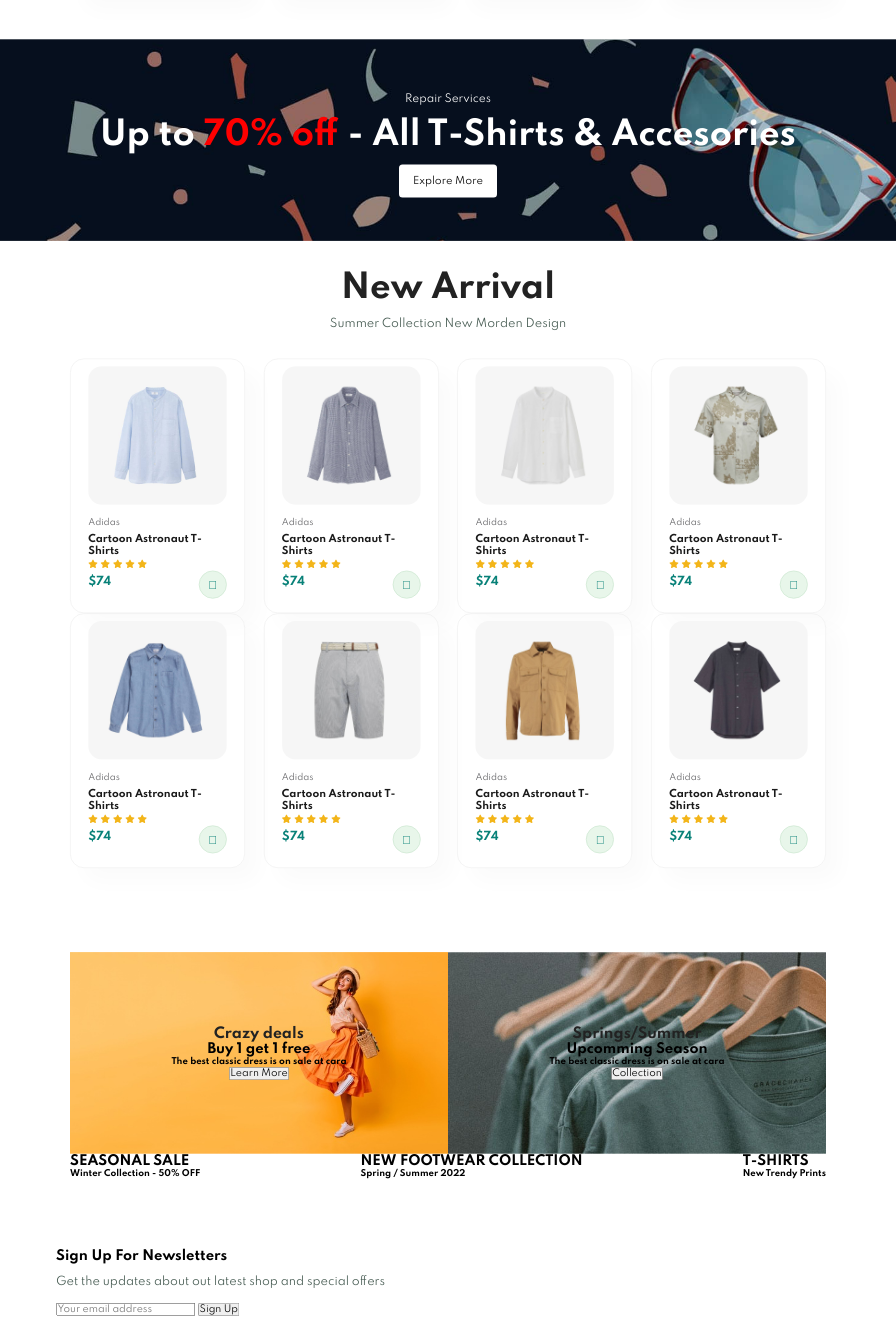
Repository: Daryllgio/E-Commerce-Website-UI
Page: index.html
The author's editor kept a copy of each file at every save. The page is drawn from the files as they stood at one save, then again after the next save.
The browser window is 1280 px wide. The pictures show the part of the page from y = 1933 to 3853 px (the page is 3853 px tall), at 70% of full size.
Some web libraries are served in a nearby version.

Above is the page before, as saved 2024-12-31 23:13:00.

After the next save:
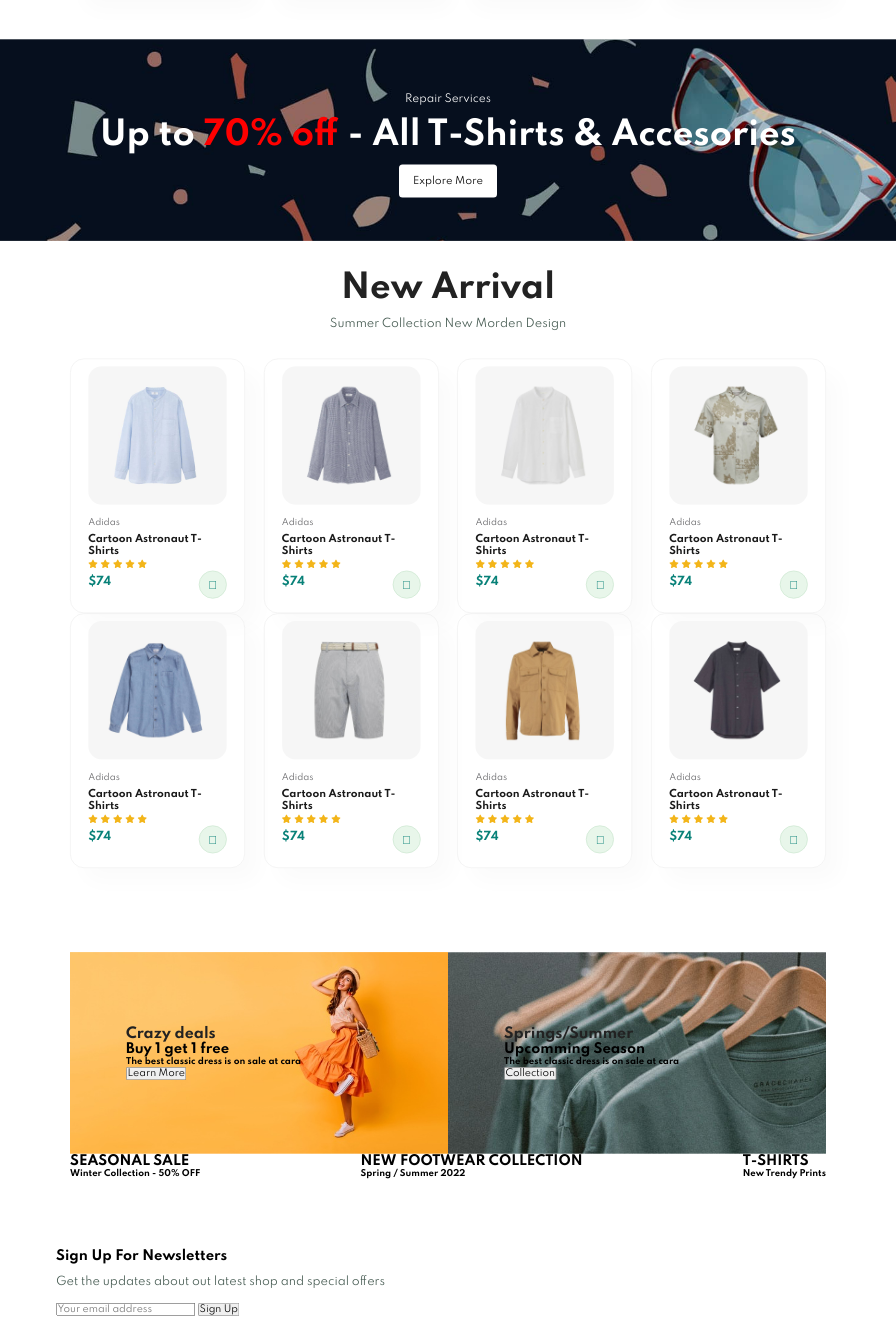
Saved 8 s later.
--- a/style.css
+++ b/style.css
@@ -325,7 +325,7 @@ body {
   padding: 0 80px;
   display: flex;
   flex-direction: column;
-  align-items: center;
+  align-items: self-start;
   justify-content: center;
 
 }
